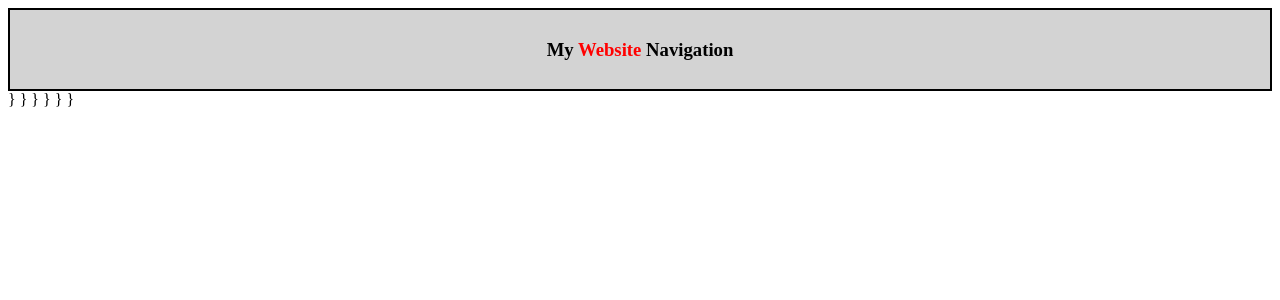
Repository: Glory998/ELCE1-32
Page: experiment7.html
The author's editor kept a copy of each file at every save. The page is drawn from the files as they stood at one save, then again after the next save.
The browser window is 1280 px wide. The pictures show the whole page.

Above is the page before, as saved 2025-11-24 11:21:02.

### experiment7.html
<doctype html>
    <html lang="hi">
        <head>
            <meta charset="utf-8" />
            <meta charset="viewport" content="width=device-width,initial-scale=1" />
            <title>My Website Navigation</title>
            <style>
                .box{
                    border: 2px solid black;
                    padding: 0
                }
                .top{
                    background: #d3d3d3;
                    text-align: center;
                    padding: 10px;
                }
                .top span{ color:red;}
                .nav a{
                    display: inline-block;
                    padding: 6px 10px
                    margin: 4px;
                    border: 1px solid gray;
                    text-decoration: none;
                }
                .blue{ background:#c7e5ff; }
                .green{ background: #b7f7b7; }
                </style>
                </head>
                <body>
                    <div class="box">
                        <div class="top">
                            <h3>My <span>Website</span> Navigation</h3>
                            </div>
                            <div class="nav"
                           <!-- first row</div>


                        </div>
                    </div>
                </body>


                }
                }
                }

                }
                }
                }

After the next save:
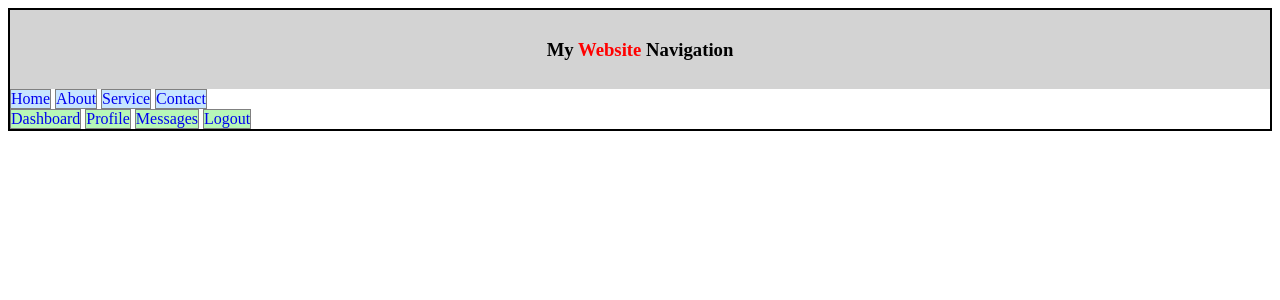
Saved 11 h 51 min later.
--- a/experiment7.html
+++ b/experiment7.html
@@ -31,19 +31,17 @@
                         <div class="top">
                             <h3>My <span>Website</span> Navigation</h3>
                             </div>
-                            <div class="nav"
-                           <!-- first row</div>
-
-
-                        </div>
-                    </div>
-                </body>
-
-
-                }
-                }
-                }
-
-                }
-                }
-                }
+                            <div class="nav">
+                                <a class="blue" href="#">Home</a>
+                                    <a class="blue" href="#">About</a>
+                                    <a class="blue" href="#">Service</a>
+                                    <a class="blue" href="#">Contact</a>
+                                    <br>
+                                    <a class="green"
+                                    href="#">Dashboard</a>
+                                    <a class="green" href="#">Profile</a>
+                                    <a class="green" href="#">Messages</a>
+                                    <a class="green" href="#">Logout</a>
+                                    </div>
+                                </body>
+                                </html>
